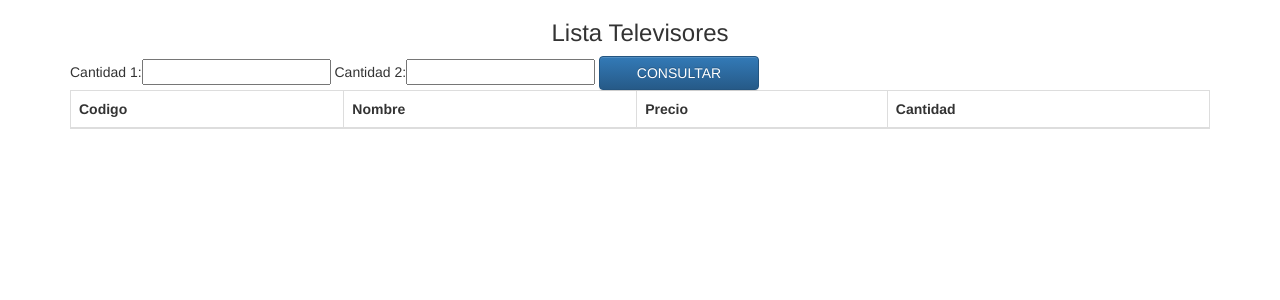
Repository: carlosvl16/T6BN_DSWII_ExamenFinal_Vasquez_Leyva_Carlos
Page: http://localhost/WS_REST_Cliente_Struts_Modelo_FIN/consulta.jsp
These files come from the project's save history. The page is drawn as it stood at one moment and after the next save; the edit follows.
The browser window is 1280 px wide. The pictures show the whole page.
The page is served by Tomcat 9. Other server files are loaded and not shown.

Above is the page before, as saved 2020-06-23 03:05:12.

### WS_REST_Cliente_Struts_Modelo_FIN/WebContent/consulta.jsp
<%@ taglib prefix="c" uri="http://java.sun.com/jstl/core_rt" %>
<!DOCTYPE html>
<html lang="esS">
<head>
<meta charset="UTF-8">
<meta name="viewport" content="width=device-width, initial-scale=1, maximum-scale=1, user-scalable=no">

<link href="css/bootstrap.min.css" rel="stylesheet">
<link href="css/bootstrap-theme.min.css" rel="stylesheet">
<link href="css/bootstrapValidator.min.css" rel="stylesheet">

<link href="css/bootstrap-datepicker.css" rel="stylesheet">

<link href="css/dataTables.bootstrap.min.css" rel="stylesheet">
<link href="css/bootstrapValidator.min.css" rel="stylesheet">


<script type="text/javascript" src="js/jquery.min.js"></script>
<script type="text/javascript" src="js/bootstrap.min.js"></script>
<script type="text/javascript" src="js/bootstrapValidator.min.js"></script>
<script type="text/javascript" src="js/jquery.dataTables.min.js"></script>
<script type="text/javascript" src="js/dataTables.bootstrap.min.js"></script>

<script type="text/javascript" src="js/bootstrap-datepicker.min.js"></script>


<script type="text/javascript" src="sweetalert/sweetalert.min.js"></script>




<title>Televisores</title>
<style>
	.modal-header, h4, .close {
		background-color: #286090;
		color: white !important;
		text-align: center;
		font-size: 20px;
	}
	.btn-warning,.btn-info{
		width: 100px;
	}
	.btn-danger,.btn-primary{
		width: 160px;
	}
</style>
</head>
<body>
	<div class="container">
		<h3 align="center">Lista Televisores</h3>
			Cantidad 1:<input type="text"  name="cantidad1" id="idCantidad1"/>
			Cantidad 2:<input type="text"  name="cantidad2" id="idCantidad2"/>
			<button type="button" class="btn btn-primary">CONSULTAR</button>

			<div>
		 								<table id="id_table" class="table table-striped table-bordered" >
												<thead>
														<tr>
															<th>Codigo</th>
															<th>Nombre</th>
															<th>Precio</th>
															<th>Cantidad</th>
														</tr>
												</thead>
												<tbody>

												</tbody>
											</table>

			</div>
	</div>

<script type="text/javascript">
	$(".btn-primary").click(function(){

		$("#id_table tbody").empty();
		$.getJSON("listaMedicamentosXRangoDeCantidad",{cantidad1:$("#idCantidad1").val(),
			cantidad2:$("#idCantidad2").val()}, function (response){
			$.each(response.listaMedicamentos, function(index, item){
				$("#id_table").append("<tr><td>"+item.codigo+"</td><td>"+item.nombre+"</td><td>"+
						item.precio+"</td><td>"+item.cantidad+"</td></tr>");
			});
		});
	})

</script>


</body>
</html>

Loaded but not shown: WS_REST_Cliente_Struts_Modelo_FIN/WebContent/css/bootstrap.min.css (library); WS_REST_Cliente_Struts_Modelo_FIN/WebContent/css/bootstrap-theme.min.css (library); WS_REST_Cliente_Struts_Modelo_FIN/WebContent/css/bootstrapValidator.min.css (common file); WS_REST_Cliente_Struts_Modelo_FIN/WebContent/css/bootstrap-datepicker.css (library); WS_REST_Cliente_Struts_Modelo_FIN/WebContent/css/dataTables.bootstrap.min.css (library); WS_REST_Cliente_Struts_Modelo_FIN/WebContent/js/jquery.min.js (library); WS_REST_Cliente_Struts_Modelo_FIN/WebContent/js/bootstrap.min.js (library); WS_REST_Cliente_Struts_Modelo_FIN/WebContent/js/bootstrapValidator.min.js (library); WS_REST_Cliente_Struts_Modelo_FIN/WebContent/js/jquery.dataTables.min.js (library); WS_REST_Cliente_Struts_Modelo_FIN/WebContent/js/dataTables.bootstrap.min.js (common file); WS_REST_Cliente_Struts_Modelo_FIN/WebContent/js/bootstrap-datepicker.min.js (library); WS_REST_Cliente_Struts_Modelo_FIN/WebContent/sweetalert/sweetalert.min.js (library)

After the next save:
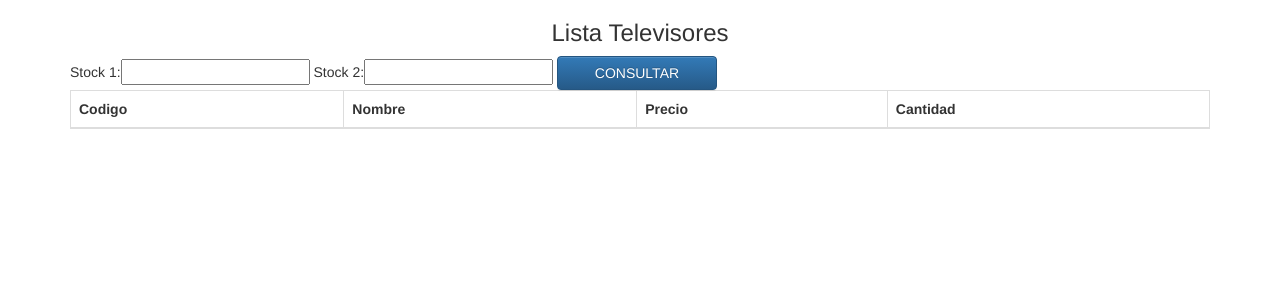
Saved 18 s later.
--- a/WS_REST_Cliente_Struts_Modelo_FIN/WebContent/consulta.jsp
+++ b/WS_REST_Cliente_Struts_Modelo_FIN/WebContent/consulta.jsp
@@ -48,8 +48,8 @@
 <body>
 	<div class="container">
 		<h3 align="center">Lista Televisores</h3>
-			Cantidad 1:<input type="text"  name="cantidad1" id="idCantidad1"/>
-			Cantidad 2:<input type="text"  name="cantidad2" id="idCantidad2"/>
+			Stock 1:<input type="text"  name="cantidad1" id="idStock1"/>
+			Stock 2:<input type="text"  name="cantidad2" id="idStock2"/>
 			<button type="button" class="btn btn-primary">CONSULTAR</button>
 
 			<div>
